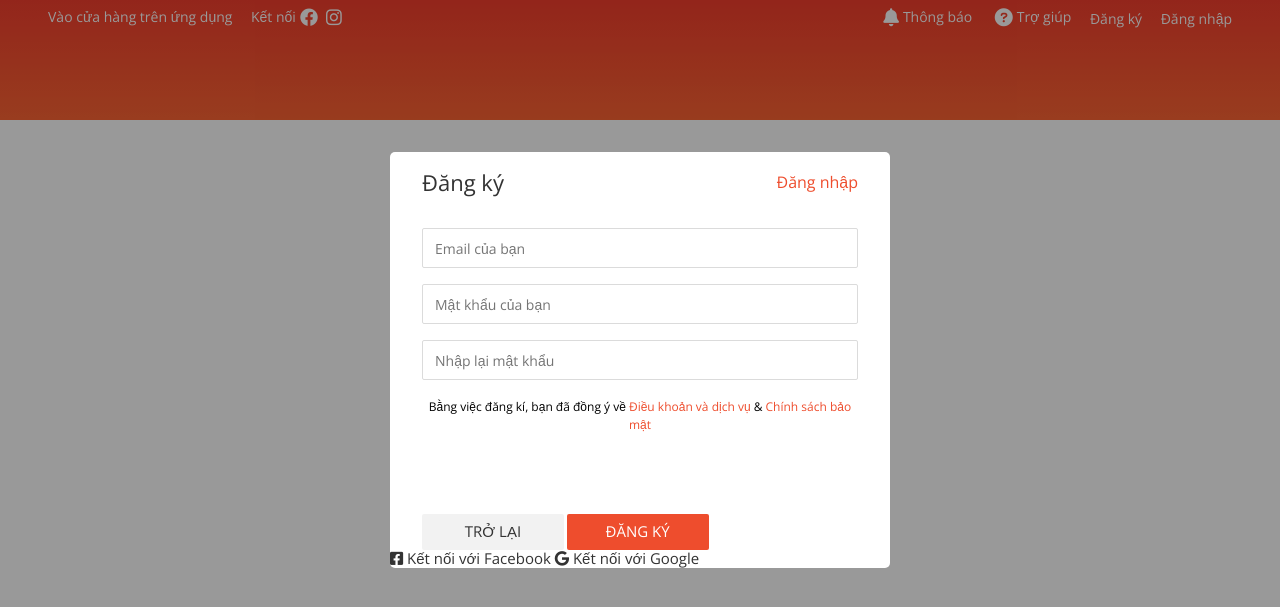
Repository: trongtamdev/Clone-Shopee-Page
Page: index.html
An editor plug-in stored every save of this project. The page is shown before and after the next save, followed by the edit.
The browser window is 1280 px wide. The pictures show the whole page.
The pointer rests on the first visible `.btn`.

Above is the page before, as saved 2022-07-08 21:53:05.

After the next save:
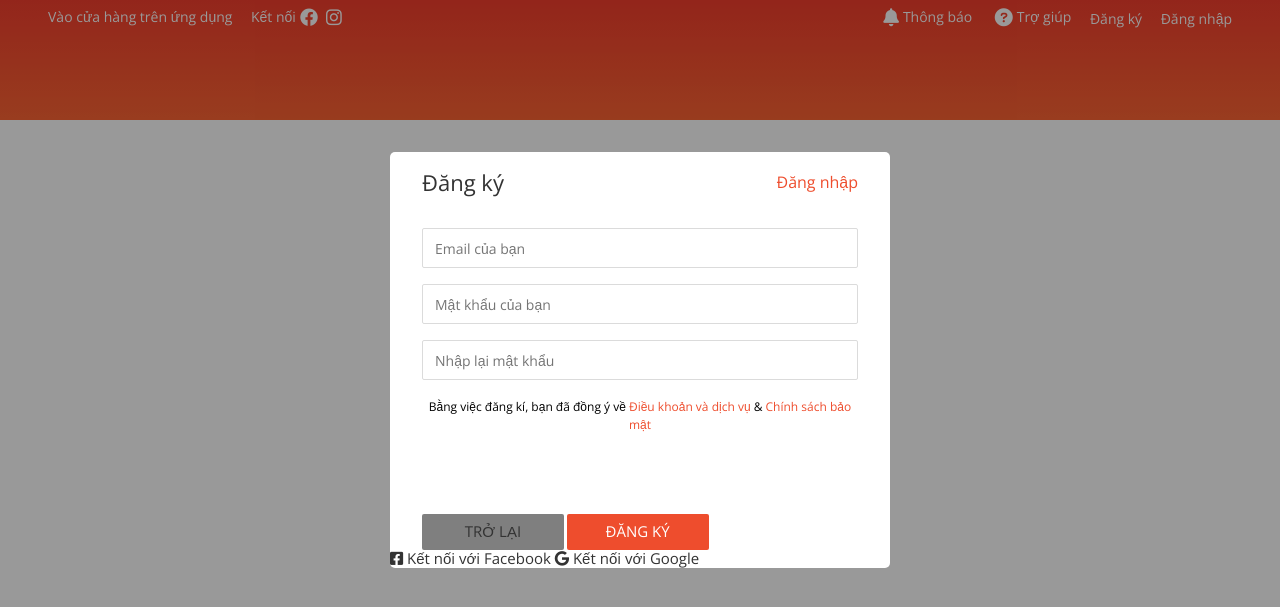
Saved 13 s later.
--- a/assets/css/base.css
+++ b/assets/css/base.css
@@ -83,7 +83,7 @@ html {
 }
 
 .btn:hover {
-    background-color: rgba(0, 0, 0, 0.05);
+    background-color: rgba(0, 0, 0, 0.5);
 }
 
 
